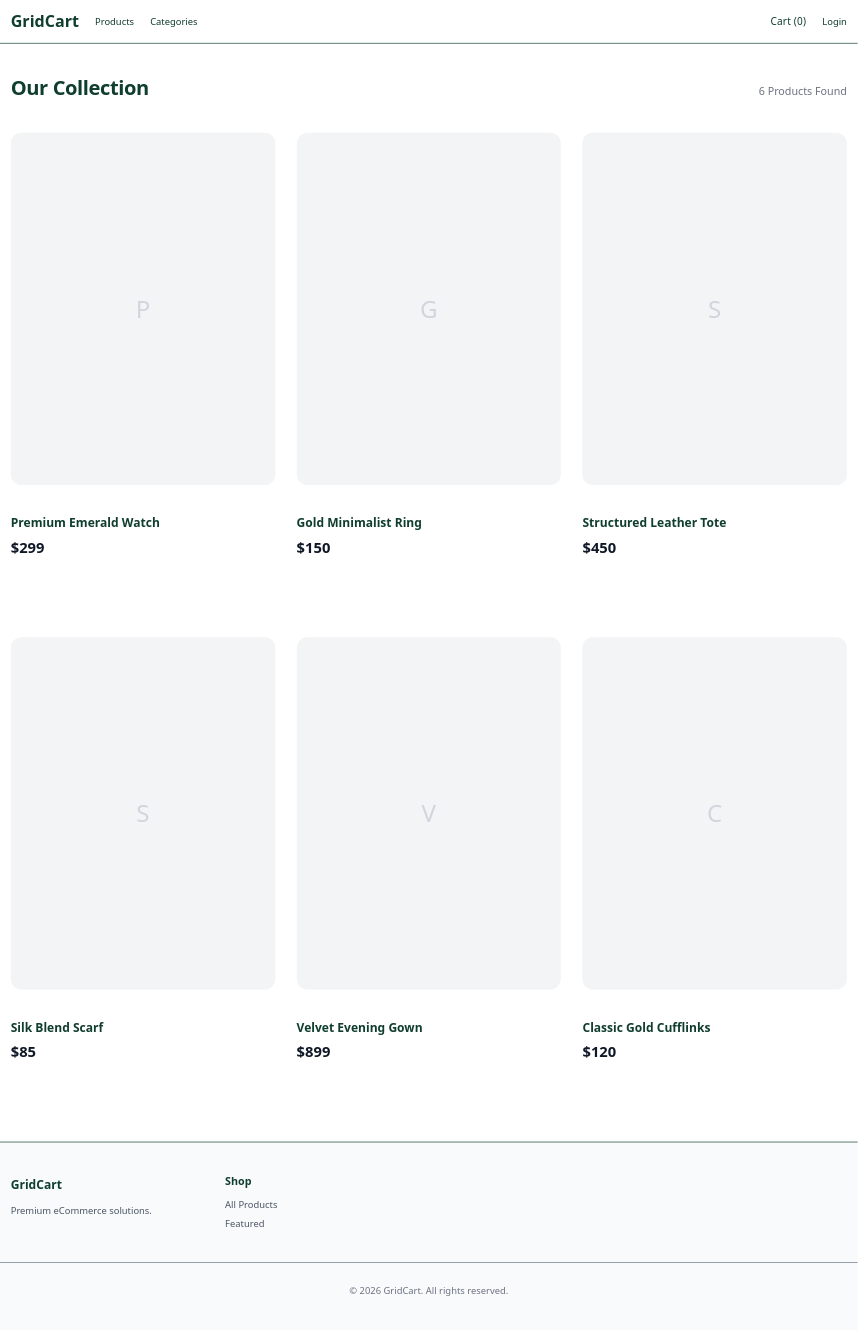
Repository: B-U-G-Freelancers/gridcart-frontend
Page: /products
The author's editor kept a copy of each file at every save. The page is drawn from the files as they stood at one save, then again after the next save.
The browser window is 1280 px wide. The pictures show the whole page, at 67% of full size.
The project was rebuilt for these pictures with package versions that can differ from the ones it lists, and the page was loaded fresh each time. The framework's server and built-in components were replaced by stand-ins that run in the browser. Also part of the build but not shown: next.config.ts.

Above is the page before, as saved 2026-02-21 21:42:40.

After the next save:
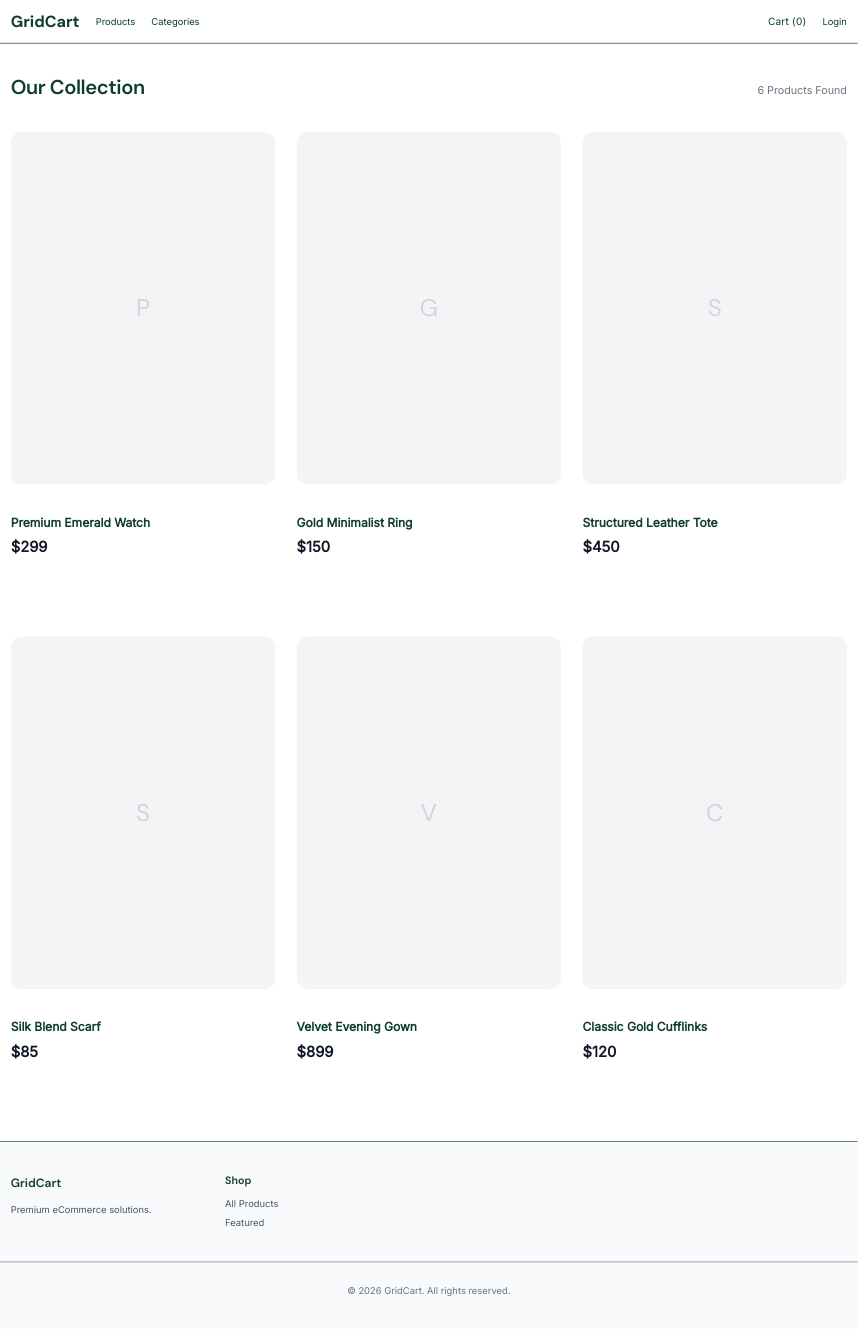
Saved 2 s later.
--- a/src/app/globals.css
+++ b/src/app/globals.css
@@ -8,8 +8,8 @@
   --color-accent-foreground: #000000;
 
   /* Fonts */
-  --font-sans: var(--font-inter), ui-sans-serif, system-ui, sans-serif;
-  --font-heading: var(--font-dm-sans), ui-sans-serif, system-ui, sans-serif;
+  --font-sans: "Inter", ui-sans-serif, system-ui, sans-serif;
+  --font-heading: "DM Sans", ui-sans-serif, system-ui, sans-serif;
 
   /* Constraints */
   --container-center: true;
